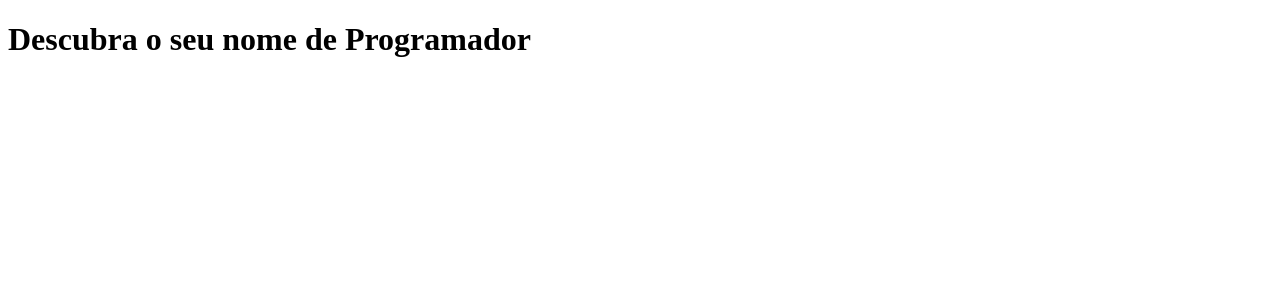
Repository: analessp/seu-nome-dev
Page: index.html
The author's editor kept a copy of each file at every save. The page is drawn from the files as they stood at one save, then again after a run of saves.
The browser window is 1280 px wide. The pictures show the whole page.

Above is the page before, as saved 2025-05-13 10:34:18.

### index.html
<!DOCTYPE html>
<html lang="pt-BR">
<head>
    <meta charset="UTF-8">
    <meta name="viewport" content="width=device-width, initial-scale=1.0">
    <title>Seu Nome Dev</title>
    <link rel="stylesheet" href="styles.css">
</head>
<body>
    <div class="container">
        <h1>Descubra o seu nome de Programador</h1>
        <div class="form-group">
            <label for="dia"></label>
        </div>
    </div>

</body>
</html>

Loaded but not shown: styles.css (no copy from this time; the picture is the same without it)

After the next 3 saves:
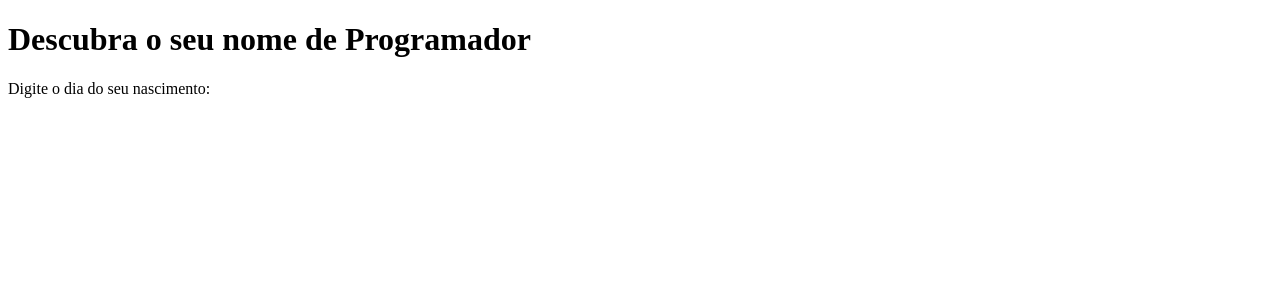
The 3 saves are shown as one change because they came seconds apart.
The last was saved 14 s later.
--- a/index.html
+++ b/index.html
@@ -10,7 +10,7 @@
     <div class="container">
         <h1>Descubra o seu nome de Programador</h1>
         <div class="form-group">
-            <label for="dia"></label>
+            <label for="dia">Digite o dia do seu nascimento: </label>
         </div>
     </div>
 
